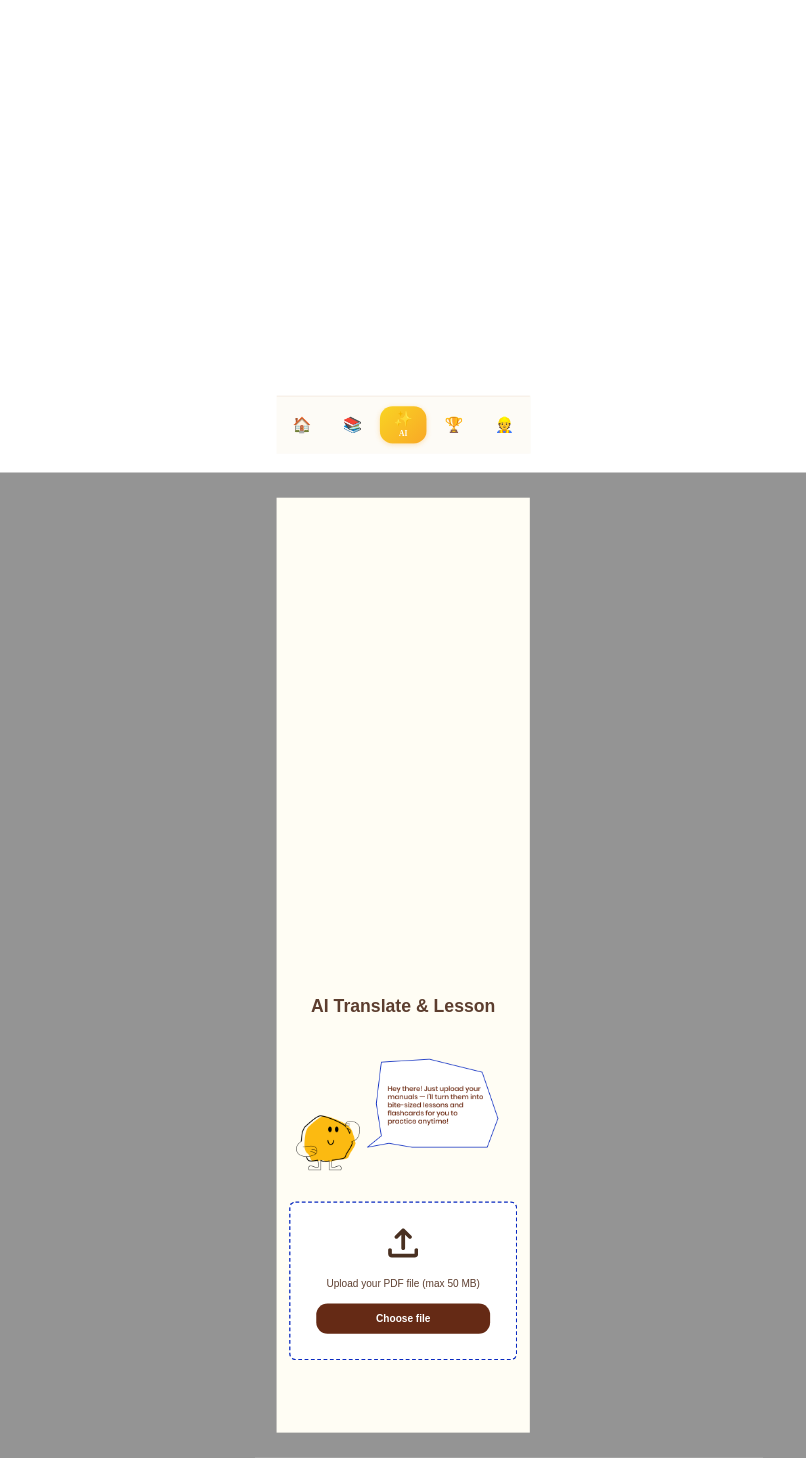
Repository: richelletiongson/Jargon_FrontendShowcase
Page: / (app in jargon_frontend/)
The author's editor kept a copy of each file at every save. The page is drawn from the files as they stood at one save, then again after the next save.
The browser window is 1280 px wide. The pictures show the whole page, at 63% of full size.
The project was rebuilt for these pictures with package versions that can differ from the ones it lists, and the page was loaded fresh each time. Also part of the build but not shown: jargon_frontend/vite.config.js, jargon_frontend/src/index.css, jargon_frontend/src/home_pages/Home.jsx, jargon_frontend/src/course_pages/Course.jsx, jargon_frontend/src/charts_pages/Charts.jsx, jargon_frontend/src/profile_pages/Profile.jsx.

Above is the page before, as saved 2025-10-22 17:25:10.

### jargon_frontend/index.html
<!doctype html>
<html lang="en">
  <head>
    <meta charset="UTF-8" />
    <link rel="icon" type="image/svg+xml" href="/vite.svg" />
    <meta name="viewport" content="width=device-width, initial-scale=1.0" />
    <title>jargon_frontend</title>
  </head>
  <body>
    <div id="root"></div>
    <script type="module" src="/src/main.jsx"></script>
  </body>
</html>

### jargon_frontend/src/App.jsx
import './App.css'
import NavBar from "./components/NavBar";
import { BrowserRouter, Routes, Route } from "react-router-dom";
import Home from "./home_pages/Home";
import Course from "./course_pages/Course";
import AI from "./ai_pages/AI";
import Charts from "./charts_pages/Charts";
import Profile from "./profile_pages/Profile";

function App() {
  return (
    <BrowserRouter>
            <div className='page'>
                <main className='main-content'>
                    <Routes>
                        <Route
                            path='/'
                            element={<AI />}
                        />
                        <Route
                            path='/home'
                            element={<Home />}
                        />
                        <Route
                            path='/course'
                            element={<Course />}
                        />
                        <Route
                            path='/ai'
                            element={<AI />}
                        />
                        <Route
                            path='/charts'
                            element={<Charts />}
                        />
                        <Route
                            path='/profile'
                            element={<Profile />}
                        />

                    </Routes>
                </main>
                <NavBar />
            </div>
        </BrowserRouter>
  )
}

export default App

### jargon_frontend/src/App.css
* {
  padding: 0;
  margin: 0;
}
main {
  background-color: #949494;
  padding: 0 0 80px 0;
}

### jargon_frontend/src/components/NavBar.jsx
import React from 'react';
import { Link, useLocation } from 'react-router-dom';
import './NavBar.css';

const NavBar = () => {
  const location = useLocation();

  return (
    <div className="bottom-nav">
      <Link to="/home" className={`nav-item ${location.pathname === '/home' ? 'active' : ''}`}>
        <div className="nav-icon">🏠</div>
      </Link>
      <Link to="/course" className={`nav-item ${location.pathname === '/course' ? 'active' : ''}`}>
        <div className="nav-icon">📚</div>
      </Link>
      <Link to="/" className={`nav-item ${location.pathname === '/' ? 'active' : ''}`}>
        <div className="nav-icon">✨</div>
        <span className="nav-text">AI</span>
      </Link>
      <Link to="/charts" className={`nav-item ${location.pathname === '/charts' ? 'active' : ''}`}>
        <div className="nav-icon">🏆</div>
      </Link>
      <Link to="/profile" className={`nav-item ${location.pathname === '/profile' ? 'active' : ''}`}>
        <div className="nav-icon">👷</div>
      </Link>
    </div>
  );
};

export default NavBar;

### jargon_frontend/src/ai_pages/AI.jsx
import React, { useState } from 'react';
import './AI.css';
import UploadIcon from '../assets/Upload_Icon.svg';
import RockyImage from '../assets/AI_Rocky.PNG';

const AI = () => {
  const [selectedFile, setSelectedFile] = useState(null);

  const handleFileChange = (event) => {
    const file = event.target.files[0];
    if (file) {
      setSelectedFile(file);
    }
  };

  return (
    <div className="ai-page">
      <div className="main-content">
        <h1 className="page-title">AI Translate & Lesson</h1>
        <div className='rocky-container'>
          <img src={RockyImage} alt="Rocky" className="rocky-image" />
        </div>
        <div className="file-upload-container">
          <div className="file-upload-area">
            <img src={UploadIcon} alt="Upload" className="upload-icon" />
            <p className="upload-text">Upload your PDF file (max 50 MB)</p>
            <input
              type="file"
              id="file-input"
              accept=".pdf"
              onChange={handleFileChange}
              style={{ display: 'none' }}
            />
            <label htmlFor="file-input" className="choose-file-btn">
              Choose file
            </label>
            {selectedFile && (
              <p className="selected-file">Selected: {selectedFile.name}</p>
            )}
          </div>
        </div>
      </div>
    </div>
  );
};

export default AI;

### jargon_frontend/src/components/NavBar.css
/* Bottom Navigation Styles */
.bottom-nav {
  display: flex;
  justify-content: space-around;
  align-items: center;
  background-color: #FDFBF6;
  padding: 16px 0;
  width: 402px;
  border-top: 1px solid #E8D5C4;
  position: fixed;
  bottom: 0;
  left: 50%;
  transform: translateX(-50%);
  z-index: 100;
}

.nav-item {
  display: flex;
  flex-direction: column;
  align-items: center;
  gap: 4px;
  padding: 8px 12px;
  border-radius: 20px;
  transition: all 0.3s ease;
  cursor: pointer;
  min-width: 50px;
  text-decoration: none;
  color: inherit;
}

.nav-item:hover {
  background-color: #F5F0E8;
}

.nav-item.active {
  background: linear-gradient(135deg, #F9D423 0%, #F9A826 100%);
  color: white;
  box-shadow: 0 2px 8px rgba(249, 164, 38, 0.3);
}

.nav-icon {
  font-size: 24px;
  line-height: 1;
}

.nav-text {
  font-size: 12px;
  font-weight: 600;
  color: inherit;
}

.nav-item:not(.active) .nav-icon {
  color: #5C3D2E;
}

/* Responsive Design */
@media (max-width: 480px) {
  .nav-icon {
    font-size: 20px;
  }

  .nav-text {
    font-size: 10px;
  }
}

### jargon_frontend/src/home_pages/Home.css
/* Home Page Styles */
.home-page {
  min-height: 874px;
  width: 402px;
  background-color: #FFFDF4;
  display: flex;
  flex-direction: column;
  font-family: poppins, sans-serif;
  margin: 0;
  padding: 0;
}

.status-bar {
  display: flex;
  justify-content: space-between;
  align-items: center;
  padding: 12px 20px;
  background-color: #FDFBF6;
  color: #5C3D2E;
  font-size: 16px;
  font-weight: 600;
}

.status-icons {
  display: flex;
  gap: 8px;
  font-size: 18px;
}

.main-content {
  flex: 1;
  padding: 40px 20px;
  display: flex;
  flex-direction: column;
  align-items: center;
  justify-content: center;
  text-align: center;
}

.page-title {
  font-size: 28px;
  font-weight: bold;
  color: #5C3D2E;
  margin-bottom: 20px;
}

.coming-soon {
  color: #5C3D2E;
  font-size: 18px;
  opacity: 0.7;
}

### jargon_frontend/src/course_pages/Course.css
/* Course Page Styles */
.course-page {
  min-height: 874px;
  width: 402px;
  background-color: #FFFDF4;
  display: flex;
  flex-direction: column;
  font-family: poppins, sans-serif;
  margin: 0;
  padding: 0;
}

.status-bar {
  display: flex;
  justify-content: space-between;
  align-items: center;
  padding: 12px 20px;
  background-color: #FDFBF6;
  color: #5C3D2E;
  font-size: 16px;
  font-weight: 600;
}

.status-icons {
  display: flex;
  gap: 8px;
  font-size: 18px;
}

.main-content {
  flex: 1;
  padding: 40px 20px;
  display: flex;
  flex-direction: column;
  align-items: center;
  justify-content: center;
  text-align: center;
}

.page-title {
  font-size: 28px;
  font-weight: bold;
  color: #5C3D2E;
  margin-bottom: 20px;
}

.coming-soon {
  color: #5C3D2E;
  font-size: 18px;
  opacity: 0.7;
}

### jargon_frontend/src/ai_pages/AI.css
/* AI Page Styles */
.ai-page {
  min-height: 874px;
  width: 402px;
  background-color: #FFFDF4;
  display: flex;
  flex-direction: column;
  font-family: poppins, sans-serif;
}

/* Main Content */

.main-content {
  flex: 1;
  margin-top: 750px;
  display: flex;
  flex-direction: column;
  align-items: center;
  justify-content: flex-start;
  text-align: center;
}

.page-title {
  font-size: 28px;
  font-weight: bold;
  color: #5C3D2E;
  padding: 0 20px 0 20px;
  line-height: 1.2;
}

.rocky-container {
  display: flex;
  justify-content: center;
  align-items: center;

}

.rocky-image {
  width: 120%;
  max-width: 120%;
  height: auto;
  border-radius: 8px;
}

.file-upload-container {
  width: 100%;
  max-width: 400px;
  margin: 0 auto;
  padding-bottom: 75px;
}

.file-upload-area {
  background-color: white;
  border: 2px dashed #0828C0;
  border-radius: 10px;
  padding: 40px 20px;
  display: flex;
  flex-direction: column;
  align-items: center;
  gap: 20px;
}

.upload-icon {
  width: 48px;
  height: 48px;
  color: #6F2E17;
  margin-bottom: 10px;
}

.upload-text {
  color: #5C3D2E;
  font-size: 16px;
  margin: 0;
  line-height: 1.4;
}

.choose-file-btn {
  background-color: #652A15;
  color: white;
  border-radius: 18px;
  border: none;
  font-size: 16px;
  font-weight: 600;
  display: flex;
  justify-content: center;
  align-items: center;
  width: 276px;
  height: 48px;
}

.selected-file {
  color: #5C3D2E;
  font-size: 14px;
  margin: 10px 0 0 0;
  font-style: italic;
}

### jargon_frontend/src/charts_pages/Charts.css
/* Charts Page Styles */
.charts-page {
  min-height: 874px;
  width: 402px;
  background-color: #FFFDF4;
  display: flex;
  flex-direction: column;
  font-family: poppins, sans-serif;
  margin: 0;
  padding: 0;
}

.status-bar {
  display: flex;
  justify-content: space-between;
  align-items: center;
  padding: 12px 20px;
  background-color: #FDFBF6;
  color: #5C3D2E;
  font-size: 16px;
  font-weight: 600;
}

.status-icons {
  display: flex;
  gap: 8px;
  font-size: 18px;
}

.main-content {
  flex: 1;
  padding: 40px 20px;
  display: flex;
  flex-direction: column;
  align-items: center;
  justify-content: center;
  text-align: center;
}

.page-title {
  font-size: 28px;
  font-weight: bold;
  color: #5C3D2E;
  margin-bottom: 20px;
}

.coming-soon {
  color: #5C3D2E;
  font-size: 18px;
  opacity: 0.7;
}

### jargon_frontend/src/profile_pages/Profile.css
/* Profile Page Styles */
.profile-page {
  min-height: 874px;
  width: 402px;
  background-color: #FFFDF4;
  display: flex;
  flex-direction: column;
  font-family: poppins, sans-serif;
  margin: 0;
  padding: 0;
}

.status-bar {
  display: flex;
  justify-content: space-between;
  align-items: center;
  padding: 12px 20px;
  background-color: #FDFBF6;
  color: #5C3D2E;
  font-size: 16px;
  font-weight: 600;
}

.status-icons {
  display: flex;
  gap: 8px;
  font-size: 18px;
}

.main-content {
  flex: 1;
  padding: 40px 20px;
  display: flex;
  flex-direction: column;
  align-items: center;
  justify-content: center;
  text-align: center;
}

.page-title {
  font-size: 28px;
  font-weight: bold;
  color: #5C3D2E;
  margin-bottom: 20px;
}

.coming-soon {
  color: #5C3D2E;
  font-size: 18px;
  opacity: 0.7;
}

Loaded but not shown: jargon_frontend/src/main.jsx (common file)

After the next save:
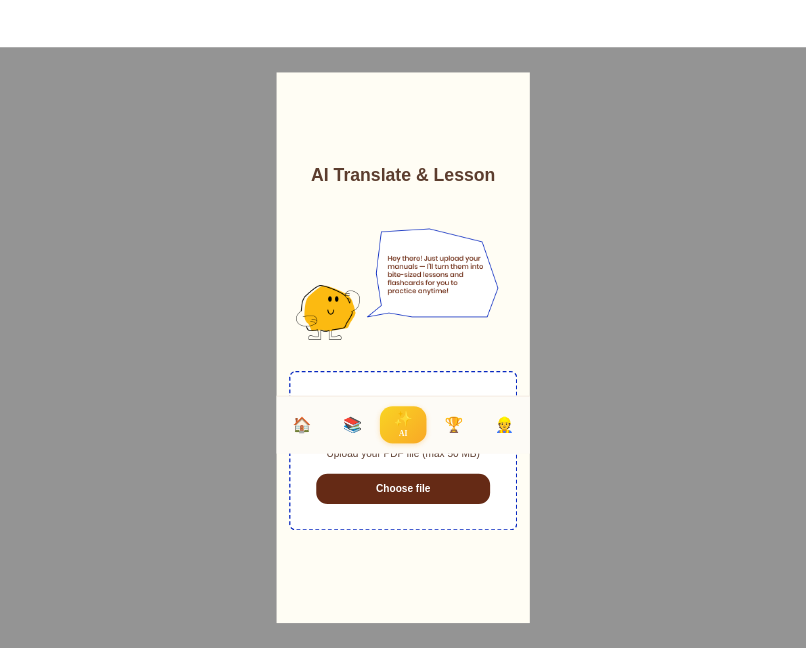
Saved 17 s later.
--- a/jargon_frontend/src/ai_pages/AI.css
+++ b/jargon_frontend/src/ai_pages/AI.css
@@ -12,7 +12,7 @@
 
 .main-content {
   flex: 1;
-  margin-top: 750px;
+  margin-top: 75px;
   display: flex;
   flex-direction: column;
   align-items: center;
